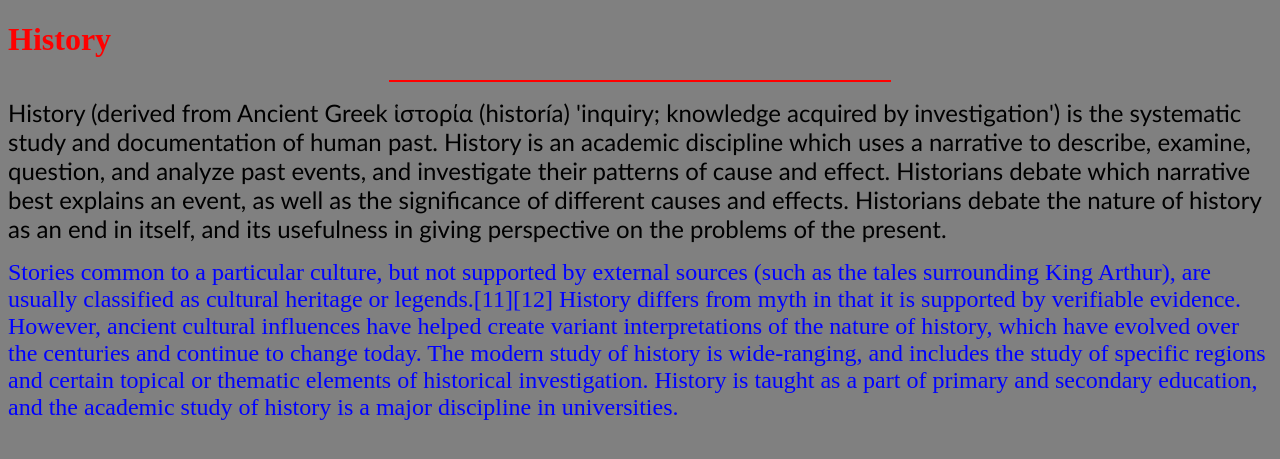
Repository: Haakim19/WebDevelopment
Page: history.html
The author's editor kept a copy of each file at every save. The page is drawn from the files as they stood at one save, then again after the next save.
The browser window is 1280 px wide. The pictures show the whole page.

Above is the page before, as saved 2024-10-10 09:50:07.

After the next save:
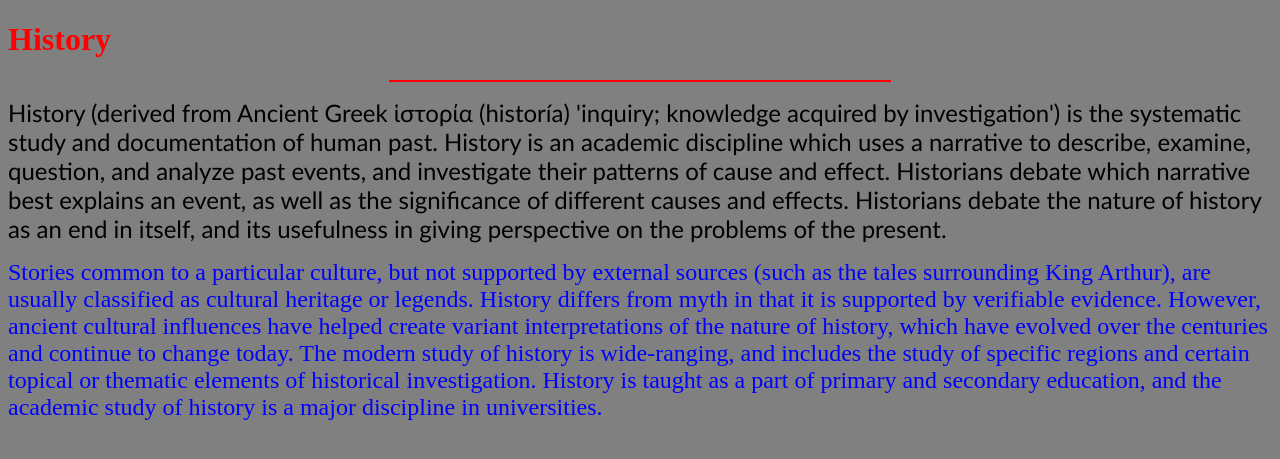
Saved 93 s later.
--- a/history.html
+++ b/history.html
@@ -6,14 +6,24 @@
     <title>History</title>
 </head>
 <body bgcolor="gray">
-    <h1><font face="algerian" color = "Red">History</font></h1>
+    <h1><font face="algerian" color = "Red" aline="center">History</font></h1>
     <hr color="red" width="500px">
     <p><font face="candara" size="5px" aline="right">History (derived from Ancient Greek ἱστορία (historía) 'inquiry; knowledge acquired by investigation') is the systematic study and documentation of human past.
         History is an academic discipline which uses a narrative to describe, examine, question, and analyze past events,
         and investigate their patterns of cause and effect.
         Historians debate which narrative best explains an event,
         as well as the significance of different causes and effects.
-        Historians debate the nature of history as an end in itself, and its usefulness in giving perspective on the problems of the present.</font></p>
-    <p><font face="cavolini" size="5px" aline="center" color="blue">Stories common to a particular culture, but not supported by external sources (such as the tales surrounding King Arthur), are usually classified as cultural heritage or legends.[11][12] History differs from myth in that it is supported by verifiable evidence. However, ancient cultural influences have helped create variant interpretations of the nature of history, which have evolved over the centuries and continue to change today. The modern study of history is wide-ranging, and includes the study of specific regions and certain topical or thematic elements of historical investigation. History is taught as a part of primary and secondary education, and the academic study of history is a major discipline in universities.</font></p>
+        Historians debate the nature of history as an end in itself,
+        and its usefulness in giving perspective on the problems of the present.</font></p>
+    <p><font face="cavolini" size="5px" aline="center" color="blue">Stories common to a particular culture,
+        but not supported by external sources (such as the tales surrounding King Arthur),
+        are usually classified as cultural heritage or legends.
+        History differs from myth in that it is supported by verifiable evidence.
+        However, ancient cultural influences have helped create variant interpretations of the nature of history,
+        which have evolved over the centuries and continue to change today.
+        The modern study of history is wide-ranging,
+        and includes the study of specific regions and certain topical or thematic elements of historical investigation.
+        History is taught as a part of primary and secondary education,
+        and the academic study of history is a major discipline in universities.</font></p>
 </body>
 </html>
